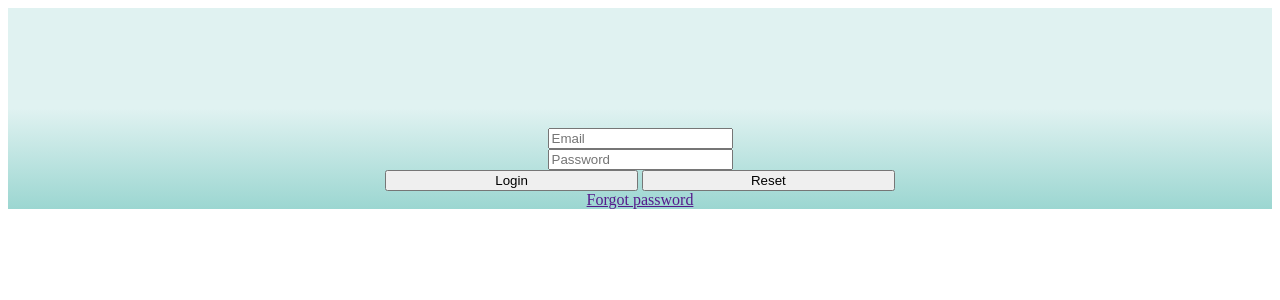
Repository: Indurupi/FriendZone
Page: FriendZoneFrontEnd/WebContent/js/service/login.html
These files come from the project's save history. The page is drawn as it stood at one moment and after the next save; the edit follows.
The browser window is 1280 px wide. The pictures show the whole page.

Above is the page before, as saved 2017-03-20 09:19:36.

### FriendZoneFrontEnd/WebContent/js/service/login.html
<!DOCTYPE html>
<html>
<head>
<meta charset="ISO-8859-1">
<title>Friendzone</title>
<style type="text/css">
body
{

}
#loginpage {
	background: linear-gradient(to bottom, #e0f2f1 50%, #80cbc4 120%);
	color: #ffffff;
	height: 91%;
	padding-top: 100px;
}
</style>
</head>
<body>
	<div align="center" id="loginpage">
		<form style="padding-top: 20px">
			<div class="input-group" id="LoginUsername">
				<span class="input-group-addon" id="basic-addon1">
					<div class="glyphicon glyphicon-user"></div>
				</span> <input type="text" class="form-control" placeholder="Email"
					aria-describedby="basic-addon1" />
			</div>

			<div class="input-group">
				<span class="input-group-addon" id="basic-addon1">
					<div class="glyphicon glyphicon-lock"></div>
				</span> <input type="password" class="form-control" placeholder="Password"
					aria-describedby="basic-addon1" />
			</div>


			<button class="btn" id="custom-button" style="width: 20%"
				type="submit">Login</button>
			<button class="btn" id="custom-button" style="width: 20%"
				type="reset">Reset</button>
			<br> <a href="">Forgot password</a>
		</form>
	</div>
</body>
</html>

After the next save:
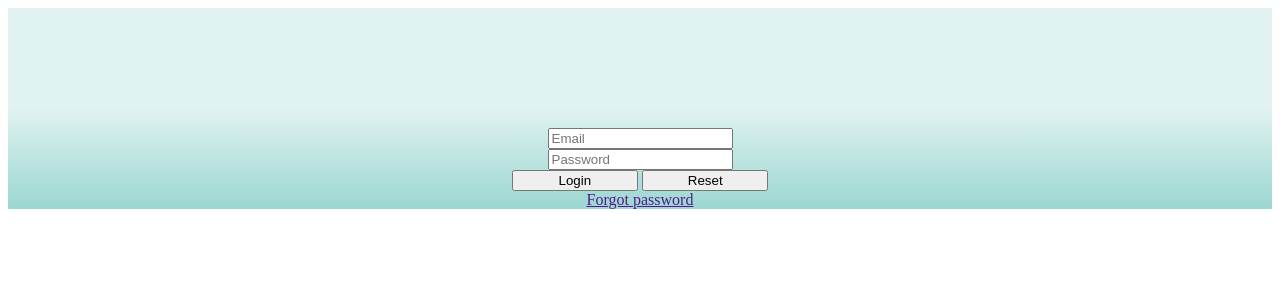
Saved 12 s later.
--- a/FriendZoneFrontEnd/WebContent/js/service/login.html
+++ b/FriendZoneFrontEnd/WebContent/js/service/login.html
@@ -34,9 +34,9 @@ body
 			</div>
 
 
-			<button class="btn" id="custom-button" style="width: 20%"
+			<button class="btn" id="custom-button" style="width: 10%"
 				type="submit">Login</button>
-			<button class="btn" id="custom-button" style="width: 20%"
+			<button class="btn" id="custom-button" style="width: 10%"
 				type="reset">Reset</button>
 			<br> <a href="">Forgot password</a>
 		</form>
